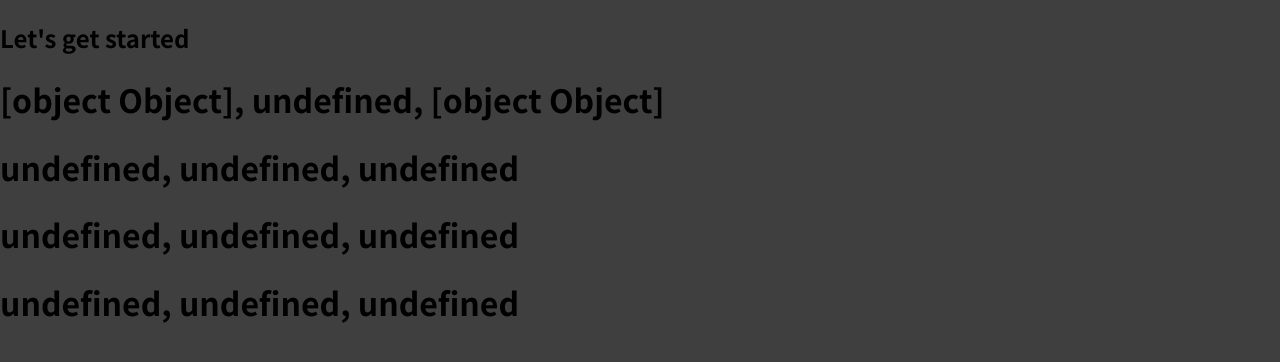
Repository: runner855/expense-tracker
Page: /
An editor plug-in stored every save of this project. The page is shown before and after the next save, followed by the edit.
The browser window is 1280 px wide. The pictures show the whole page.
The project was rebuilt for these pictures with package versions that can differ from the ones it lists, and the page was loaded fresh each time. Also part of the build but not shown: src/styles/ExpenseItem.css.

Above is the page before, as saved 2022-09-02 12:45:32.

After the next save:
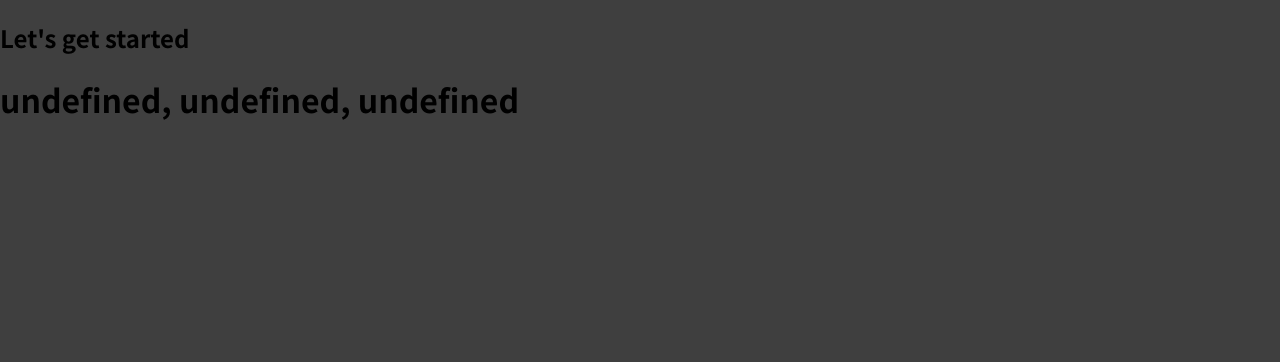
Saved 99 s later.
--- a/src/components/App.js
+++ b/src/components/App.js
@@ -12,9 +12,6 @@ const App = (props) => {
   return (
     <div className="App">
       <h2>Let's get started</h2>
-      <ExpenseItem date={props} title={props.title} amount={props} />
-      <ExpenseItem />
-      <ExpenseItem />
       <ExpenseItem />
 
 
